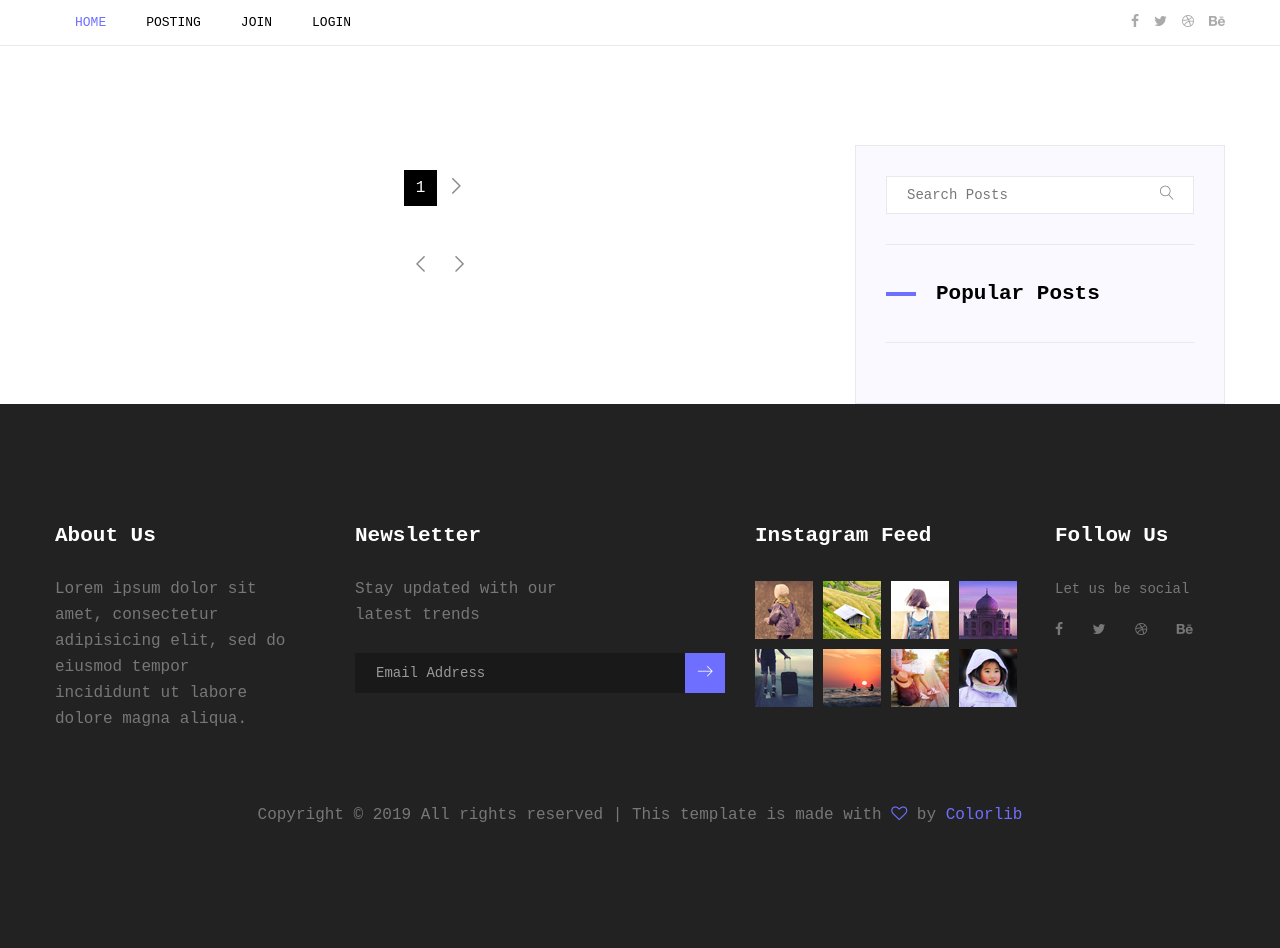
Repository: heonyKim/JSP
Page: http://localhost/blog/board?cmd=list&page=1
The author's editor kept a copy of each file at every save. The page is drawn from the files as they stood at one save, then again after the next save.
The browser window is 1280 px wide. The pictures show the whole page.
Some web fonts or font styles are not loaded; a fallback is used. The page is served by Tomcat 9. Queries for data that is not in the repository find no rows.

Above is the page before, as saved 2019-11-01 01:50:37.

After the next save:
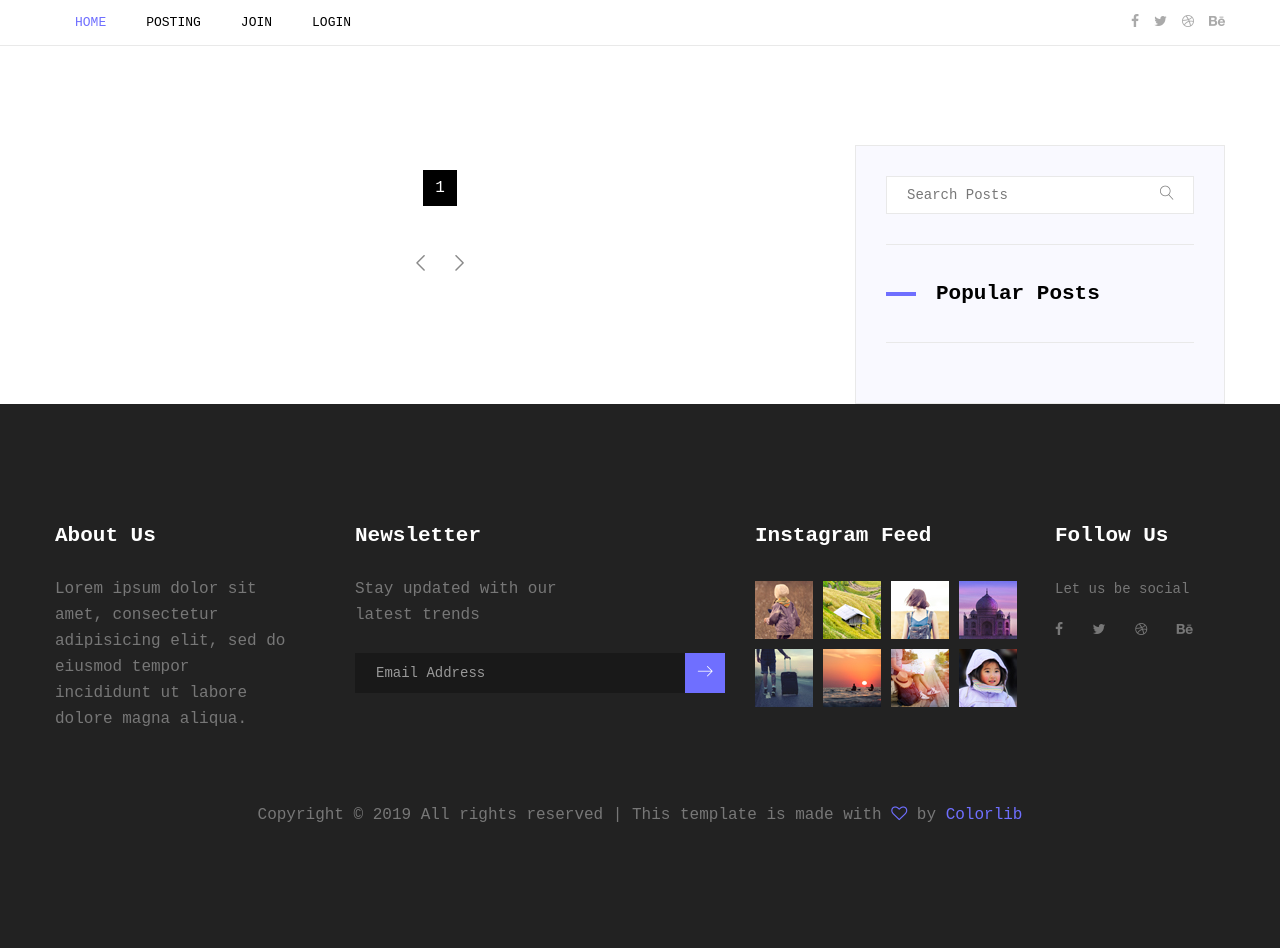
Saved 52 s later.
--- a/blog_project/blog/WebContent/board/list.jsp
+++ b/blog_project/blog/WebContent/board/list.jsp
@@ -33,13 +33,11 @@
 
 							<c:if test="${param.page lt maxPage}">
 							<li class="page-item"><a href="#" class="page-link">${param.page+1}</a></li>
-							</c:if>
-
-							<c:if test="${param.page eq maxPage}">
 							<li class="page-item"><a href="/blog/board?cmd=list&page=${param.page+1}" class="page-link" aria-label="Next"> <span aria-hidden="true"> <span class="lnr lnr-chevron-right"></span>
 								</span>
 							</a></li>
 							</c:if>
+
 
 						</ul>
 					</nav>
